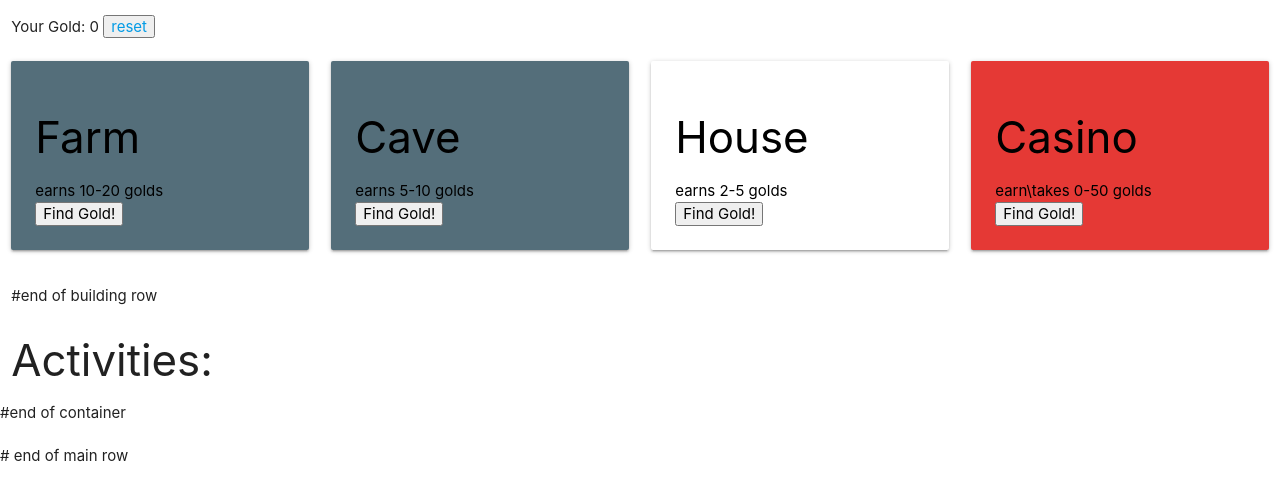
Repository: bvnger/Ninja_gold_flask
Page: http://localhost/
These files come from the project's save history. The page is drawn as it stood at one moment and after the next save; the edit follows.
The browser window is 1280 px wide. The pictures show the whole page.
The page is served by the project's application, run on Flask 3 (server.py).

Above is the page before, as saved 2019-11-04 14:28:40.

After the next save:
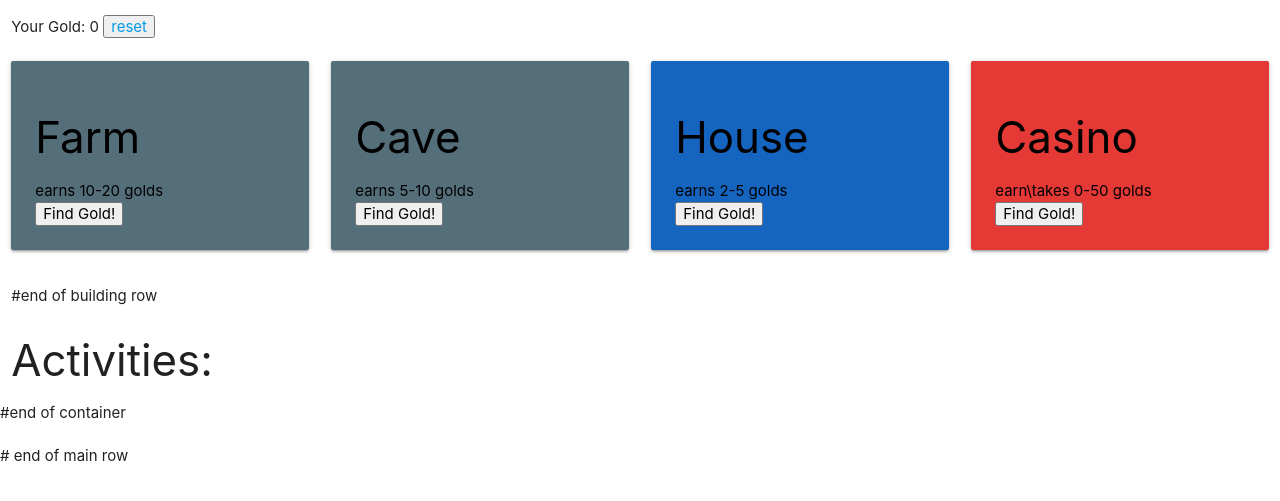
Saved 17 s later.
--- a/templates/index.html
+++ b/templates/index.html
@@ -44,7 +44,7 @@
 </div>
 </div><!--end of cave-->
 <form class="col s3" action="/process" method="POST">
-    <div class="card royal-blue  darken-1">
+    <div class="card blue darken-3">
     <div class ="card-content black-text">
     <h3>House</h3>
     <p>earns 2-5 golds</p>
